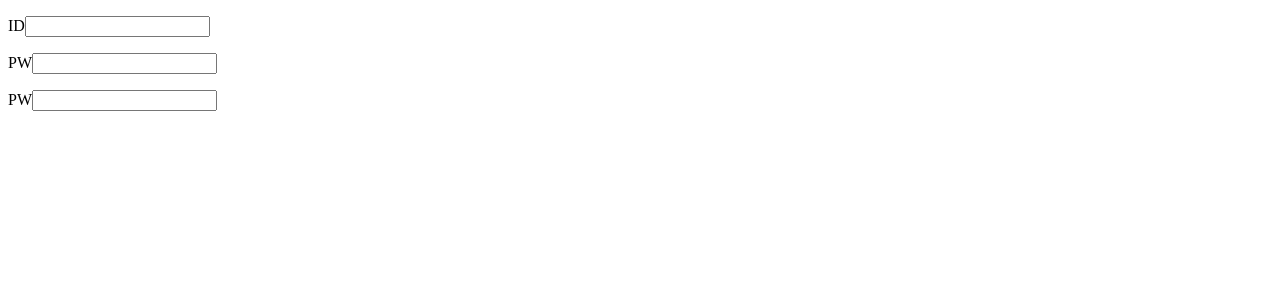
Repository: YERIN0531/SEOYERIN_WEBPRO
Page: gitSource/07_jQuery/jq01/WebContent/11_keyup_submit.html
These files come from the project's save history. The page is drawn as it stood at one moment and after the next save; the edit follows.
The browser window is 1280 px wide. The pictures show the whole page.

Above is the page before, as saved 2022-06-21 05:14:30.

After the next save:
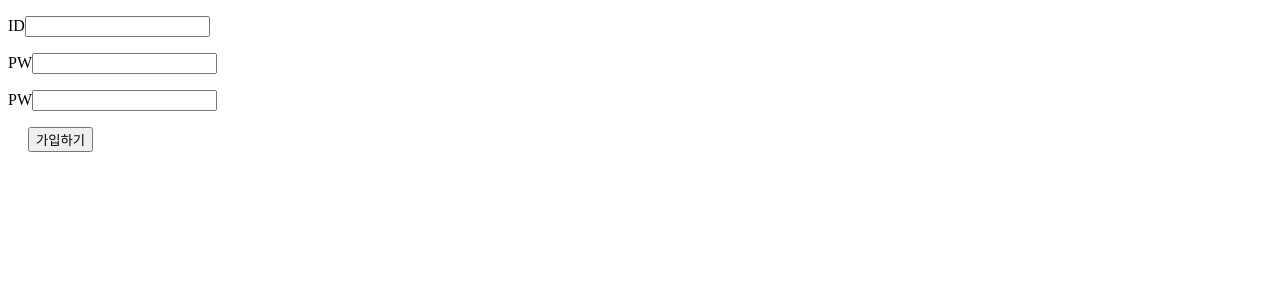
Saved 55 s later.
--- a/gitSource/07_jQuery/jq01/WebContent/11_keyup_submit.html
+++ b/gitSource/07_jQuery/jq01/WebContent/11_keyup_submit.html
@@ -21,6 +21,7 @@ p:last-child {
 	<p>PW<input type="text" name="pw"></p>
 	<p>PW<input type="text" name="pwChk"></p>
 	<p class="result"></p>
+	<p><input type="submit" value="가입하기"></p>
 </form>
 </body>
 </html>
